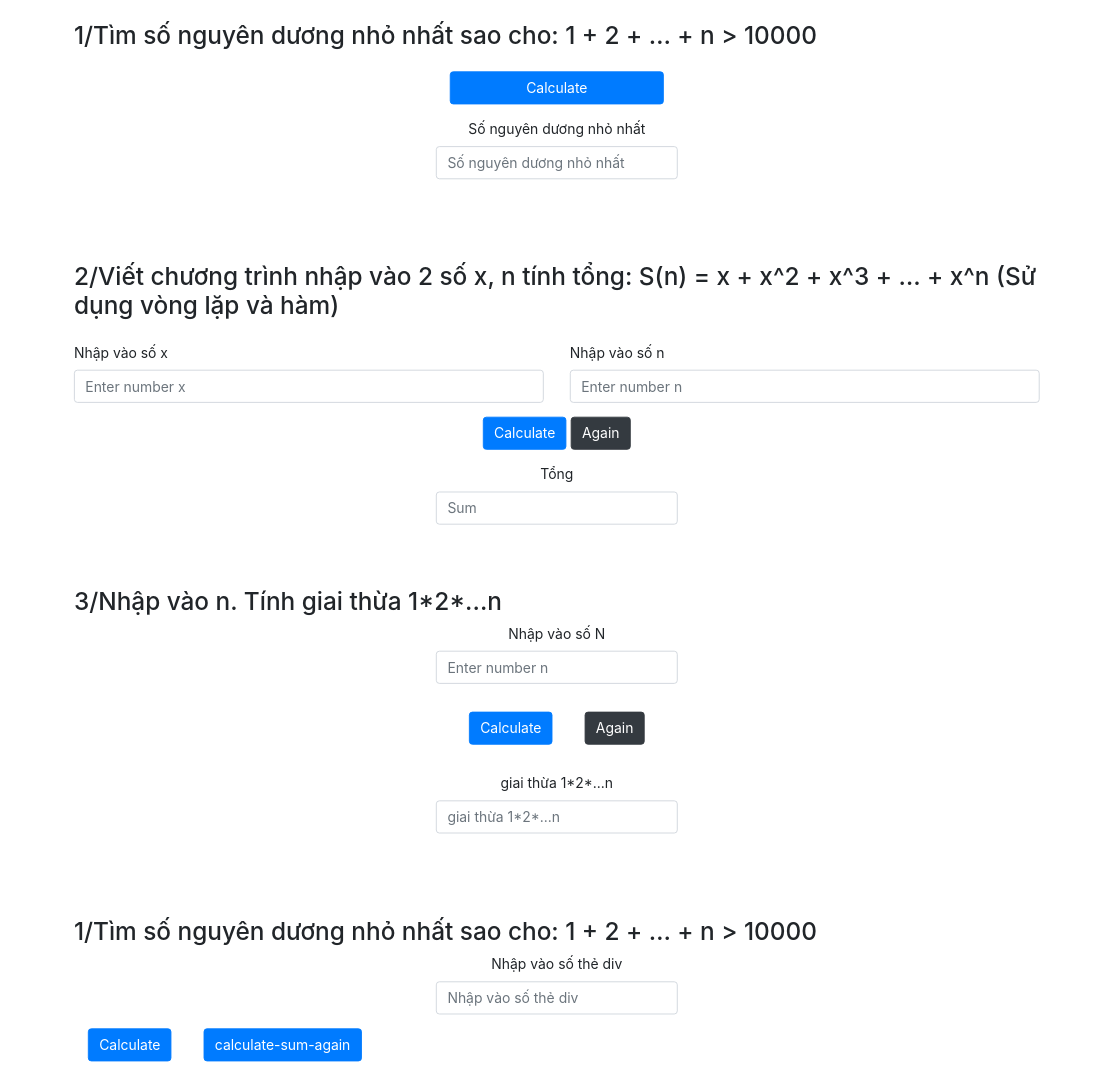
Repository: baobaodeveloper/bootcamp21__loop__HuynhAnhBao
Page: index.html
An editor plug-in stored every save of this project. The page is shown before and after the next save, followed by the edit.
The browser window is 1280 px wide. The pictures show the whole page, at 87% of full size.

Above is the page before, as saved 2022-03-17 19:18:08.

### index.html
<!DOCTYPE html>
<html lang="en">
  <head>
    <title>Exercise Js</title>
    <!-- Required meta tags -->
    <meta charset="utf-8" />
    <meta
      name="viewport"
      content="width=device-width, initial-scale=1, shrink-to-fit=no"
    />

    <!-- Bootstrap CSS -->
    <link
      rel="stylesheet"
      href="https://stackpath.bootstrapcdn.com/bootstrap/4.3.1/css/bootstrap.min.css"
      integrity="sha384-ggOyR0iXCbMQv3Xipma34MD+dH/1fQ784/j6cY/iJTQUOhcWr7x9JvoRxT2MZw1T"
      crossorigin="anonymous"
    />
  </head>
  <body>
    <!--1/Tìm số nguyên dương nhỏ nhất sao cho:
    1 + 2 + … + n > 10000-->
    <div class="container mt-4">
      <h3>1/Tìm số nguyên dương nhỏ nhất sao cho: 1 + 2 + … + n > 10000</h3>
      <div class="mb-3 flex-md-column d-flex w-25 m-auto text-center">
        <button type="button" id="min-number" class="btn btn-primary m-3">
          Calculate
        </button>
        <label class="form-label">Số nguyên dương nhỏ nhất</label>
        <input
          type="text"
          class="form-control"
          id="result1"
          placeholder="Số nguyên dương nhỏ nhất"
        />
      </div>
    </div>

    <!--2/Viết chương trình nhập vào 2 số x, n tính tổng: S(n) = x + x^2 + x^3 + … + x^n (Sử
    dụng vòng lặp và hàm)-->
    <div class="container mt-5 pt-5">
      <h3>
        2/Viết chương trình nhập vào 2 số x, n tính tổng: S(n) = x + x^2 + x^3 +
        … + x^n (Sử dụng vòng lặp và hàm)
      </h3>
      <div class="row mt-4">
        <div class="col">
          <label class="form-label">Nhập vào số x</label>
          <input
            type="number"
            class="form-control"
            placeholder="Enter number x"
            id="number-x"
          />
        </div>
        <div class="col">
          <label class="form-label">Nhập vào số n</label>
          <input
            type="number"
            class="form-control"
            placeholder="Enter number n"
            id="number-n"
          />
        </div>
      </div>

      <div class="m-3 text-center">
        <button type="button" id="calculate-sum" class="btn btn-primary">
          Calculate
        </button>
        <button type="button" id="calculate-sum-again" class="btn btn-dark">
          Again
        </button>
      </div>

      <div class="w-25 m-auto text-center">
        <label class="form-label">Tổng</label>
        <input
          type="text"
          class="form-control"
          id="result2"
          placeholder="Sum"
        />
      </div>
    </div>

    <!--3/Nhập vào n. Tính giai thừa 1*2*...n-->
    <div class="container mt-4 pt-5">
      <h3>3/Nhập vào n. Tính giai thừa 1*2*...n</h3>
      <div class="w-25 m-auto text-center">
        <label class="form-label">Nhập vào số N</label>
        <input
          type="email"
          class="form-control"
          id="num-enter"
          placeholder="Enter number n"
        />
      </div>
      <div class="mb-3 flex-md-column d-flex w-25 m-auto text-center">
        <div class="m-3">
          <button
            type="button"
            id="calculate-num-n"
            class="btn btn-primary m-3"
          >
            Calculate
          </button>
          <button
            type="button"
            id="calculate-num-n-again"
            class="btn btn-dark m-3"
          >
            Again
          </button>
        </div>
        <label class="form-label">giai thừa 1*2*...n</label>
        <input
          type="text"
          class="form-control"
          id="result3"
          placeholder="giai thừa 1*2*...n"
        />
      </div>
    </div>

    <!--4/Hãy viết chương trình khi click vào button sẽ in ra 10 thẻ div. Nếu div nào vị trí chẵn thì
    background màu đỏ và lẻ thì background màu xanh.-->
    <div class="container mt-5 pt-5">
      <h3>1/Tìm số nguyên dương nhỏ nhất sao cho: 1 + 2 + … + n > 10000</h3>
      <div class="mb-3 flex-md-column d-flex w-25 m-auto text-center">
        <label class="form-label">Nhập vào số thẻ div</label>
        <input
          type="number"
          class="form-control"
          id="number-div"
          placeholder="Nhập vào số thẻ div"
        />
      </div>
      <div>
        <button type="button" id="creat-div" class="btn btn-primary m-3">
          Calculate
        </button>
        <button type="button" id="creat-div-again" class="btn btn-primary m-3">
          calculate-sum-again
        </button>
      </div>
      <div id="result4"></div>
    </div>

    <!-- Optional JavaScript -->
    <!-- jQuery first, then Popper.js, then Bootstrap JS -->
    <script
      src="https://code.jquery.com/jquery-3.3.1.slim.min.js"
      integrity="sha384-q8i/X+965DzO0rT7abK41JStQIAqVgRVzpbzo5smXKp4YfRvH+8abtTE1Pi6jizo"
      crossorigin="anonymous"
    ></script>
    <script
      src="https://cdnjs.cloudflare.com/ajax/libs/popper.js/1.14.7/umd/popper.min.js"
      integrity="sha384-UO2eT0CpHqdSJQ6hJty5KVphtPhzWj9WO1clHTMGa3JDZwrnQq4sF86dIHNDz0W1"
      crossorigin="anonymous"
    ></script>
    <script
      src="https://stackpath.bootstrapcdn.com/bootstrap/4.3.1/js/bootstrap.min.js"
      integrity="sha384-JjSmVgyd0p3pXB1rRibZUAYoIIy6OrQ6VrjIEaFf/nJGzIxFDsf4x0xIM+B07jRM"
      crossorigin="anonymous"
    ></script>

    <!-- <script src="exercise1.js"></script> -->
    <!-- <script src="exercise2.js"></script> -->
    <script src="exercise3.js"></script>
  </body>
</html>

### exercise3.js
const numEnter = document.getElementById("num-enter");
const result3 = document.getElementById("result3");
document.getElementById("calculate-num-n").addEventListener("click", () => {
  if (numEnter.value) {
    const numEnterValue = +numEnter.value;
    let sum = 1;
    if (numEnterValue === 0) sum = 0;
    for (let i = 2; i <= numEnterValue; i++) {
      sum *= i;
    }
    result3.value = sum;
  }
});

document
  .getElementById("calculate-num-n-again")
  .addEventListener("click", () => {
    result3.value = "";
    numEnter.value = "";
  });

After the next save:
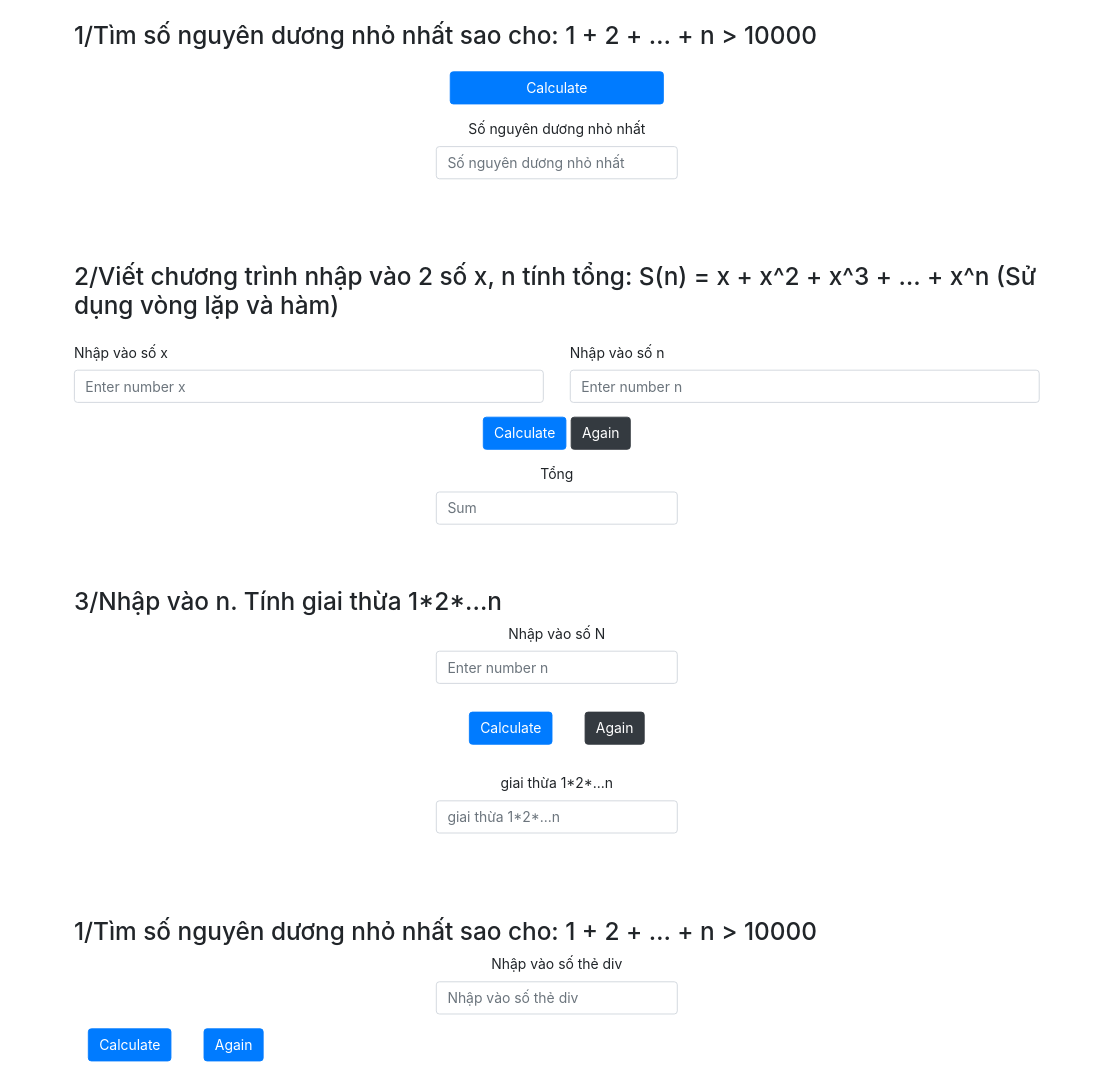
Saved 12 s later.
--- a/index.html
+++ b/index.html
@@ -141,7 +141,7 @@
           Calculate
         </button>
         <button type="button" id="creat-div-again" class="btn btn-primary m-3">
-          calculate-sum-again
+          Again
         </button>
       </div>
       <div id="result4"></div>
